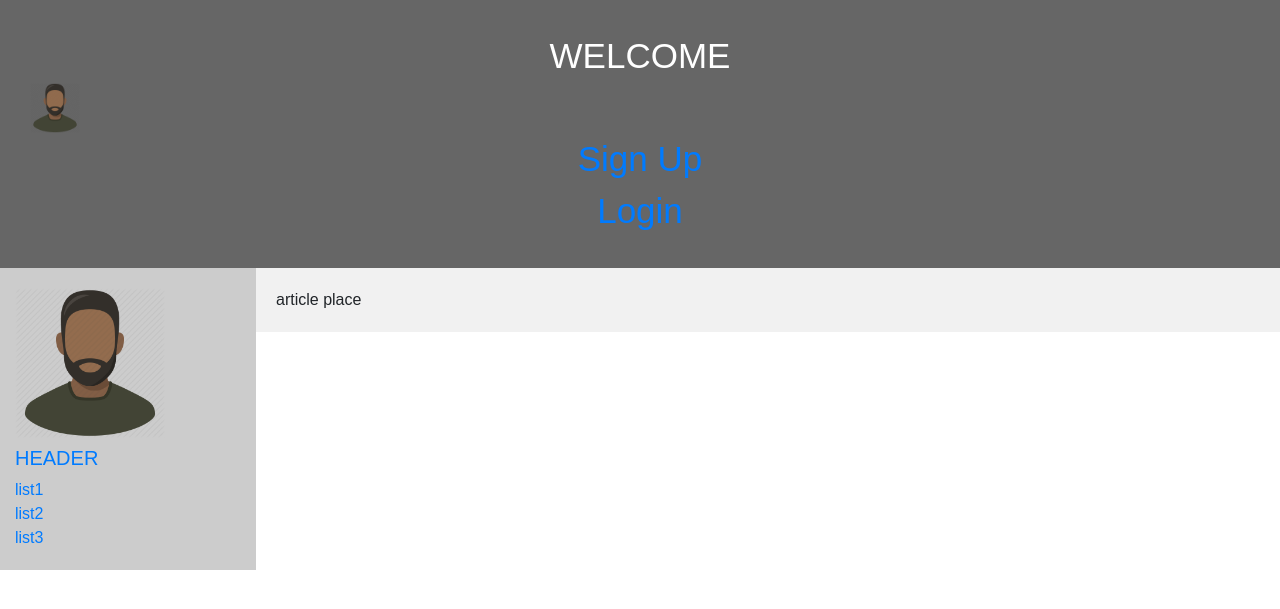
Repository: idrice24/IDRICE24-DASHBOARD
Page: html/header.html
An editor plug-in stored every save of this project. The page is shown before and after the next save, followed by the edit.
The browser window is 1280 px wide. The pictures show the whole page.

Above is the page before, as saved 2020-09-03 23:55:34.

### html/header.html
<!DOCTYPE html>
<html lang="en">

<head>
    <meta charset="UTF-8">
    <meta name="viewport" content="width=device-width, initial-scale=1.0">
    <meta http-equiv="X-UA-Compatible" content="ie=edge">
    <title>Document</title>
    <link rel="stylesheet" href="../vendor/bootstrap-4.1/bootstrap.min.css">
    <link rel="stylesheet" href="../vendor/font-awesome-4.7/css/font-awesome.min.css">
    <link rel="stylesheet" href="../vendor/idrice24folder/idrice24.css">
</head>

<body>
    <header>WELCOME
        <ul class="nav navbar-nav navbar-right">
            <img src="../imgs/login2.PNG" alt="Pulpit Rock" style="width:50px;height:50px;display:inline-block;float:left">
            <li><a href="#"><span class="glyphicon glyphicon-user"></span> Sign Up</a></li>
            <li><a href="#"><span class="glyphicon glyphicon-log-in"></span> Login</a></li>
        </ul>
    </header>
    <section>
        <nav class="nav nav-pills nav-stacked">
            <div class="container-fluid">
                <div class="row">
                    <div class="col-md-4">
                        <a href="../imgs/login2.PNG" class="thumbnail">
                            <img src="../imgs/login2.PNG" alt="Pulpit Rock" style="width:150px;height:150px">
                        </a>
                    </div>
                </div>
                <div class="navbar-header">
                    <a class="navbar-brand" href="#">HEADER</a>
                </div>

                <ul class="nav navbar-nav">
                    <li class="active"><a href="#">list1</a></li>
                    <li><a href="#">list2</a></li>
                    <li><a href="#">list3</a></li>
                </ul>
        </nav>








        <article>article place</article>
    </section>

</body>

</html>

Loaded but not shown: vendor/bootstrap-4.1/bootstrap.min.css (library); vendor/font-awesome-4.7/css/font-awesome.min.css (library); vendor/idrice24folder/idrice24.css (library)

After the next save:
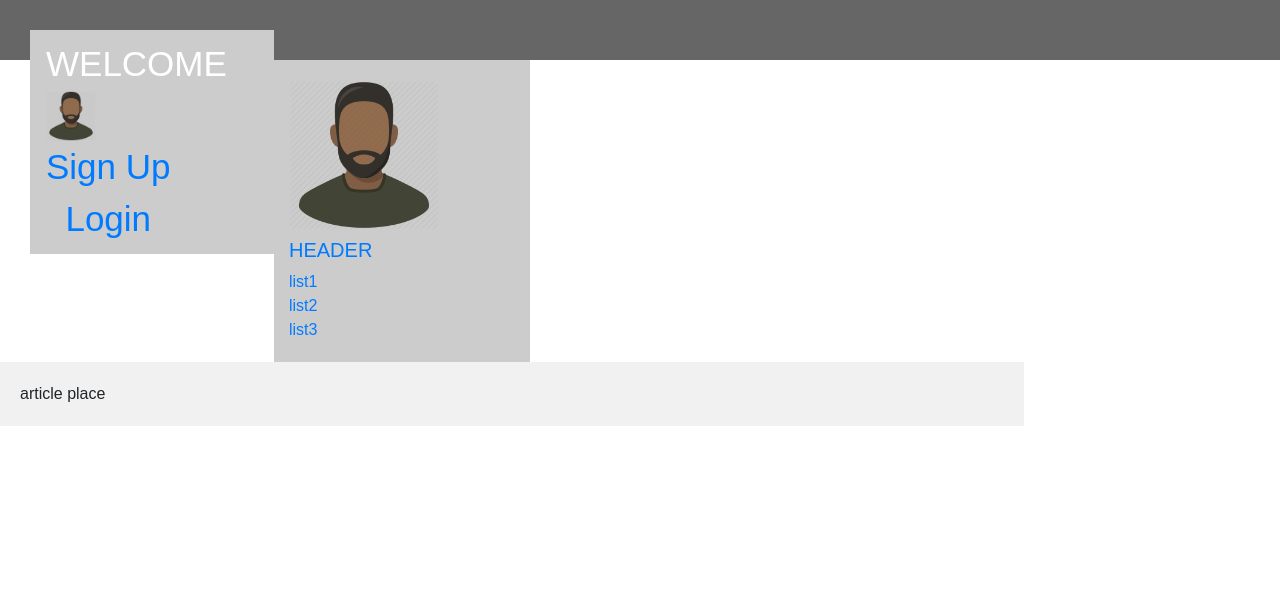
Saved 69 s later.
--- a/html/header.html
+++ b/html/header.html
@@ -12,12 +12,15 @@
 </head>
 
 <body>
-    <header>WELCOME
-        <ul class="nav navbar-nav navbar-right">
-            <img src="../imgs/login2.PNG" alt="Pulpit Rock" style="width:50px;height:50px;display:inline-block;float:left">
-            <li><a href="#"><span class="glyphicon glyphicon-user"></span> Sign Up</a></li>
-            <li><a href="#"><span class="glyphicon glyphicon-log-in"></span> Login</a></li>
-        </ul>
+    <header>
+        <nav class="navbar navbar-inverse">
+            WELCOME
+            <ul class="nav navbar-nav navbar-right">
+                <img src="../imgs/login2.PNG" alt="Pulpit Rock" style="width:50px;height:50px;display:inline-block;float:left">
+                <li><a href="#"><span class="glyphicon glyphicon-user"></span> Sign Up</a></li>
+                <li><a href="#"><span class="glyphicon glyphicon-log-in"></span> Login</a></li>
+            </ul>
+        </nav>
     </header>
     <section>
         <nav class="nav nav-pills nav-stacked">
